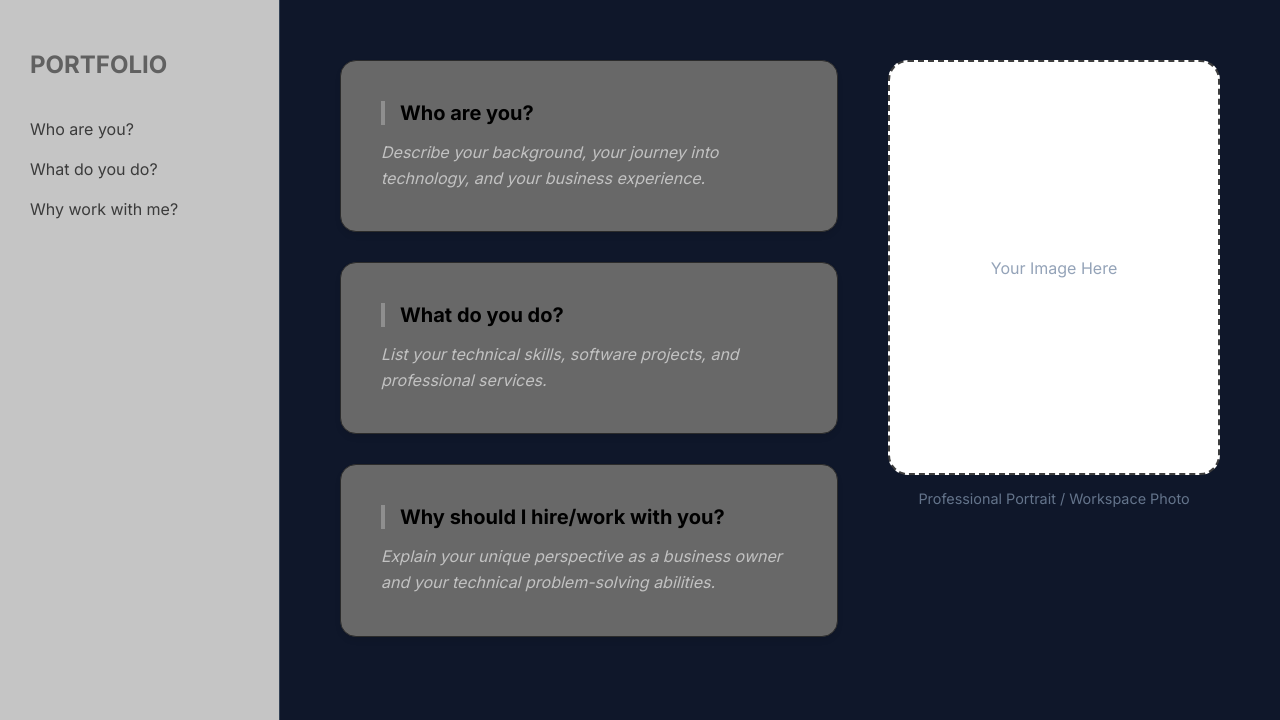
Repository: KevinSamaha/Kevin_Samaha
Page: index.html
These files come from the project's save history. The page is drawn as it stood at one moment and after the next save; the edit follows.
The browser window is 1280 px wide. The pictures show the whole page.

Above is the page before, as saved 2026-05-03 14:06:25.

After the next save:
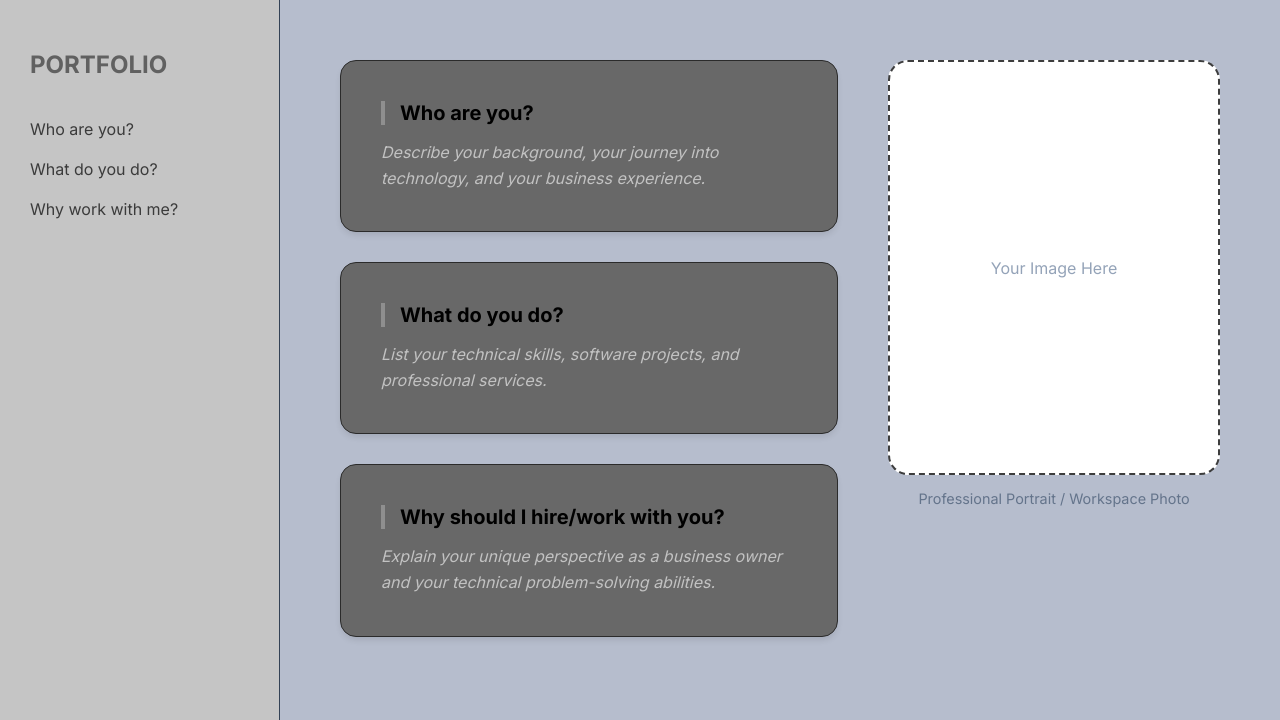
Saved 11 s later.
--- a/style.css
+++ b/style.css
@@ -7,8 +7,8 @@
 
 body {
     font-family: 'Inter', sans-serif;
-    background-color: #0f172a; /* Dark Navy */
-    color: #f8fafc;
+    background-color: #b6bdcd; /* Dark Navy */
+    color: #636363;
     display: flex;
     min-height: 100vh;
     overflow-x: hidden;
